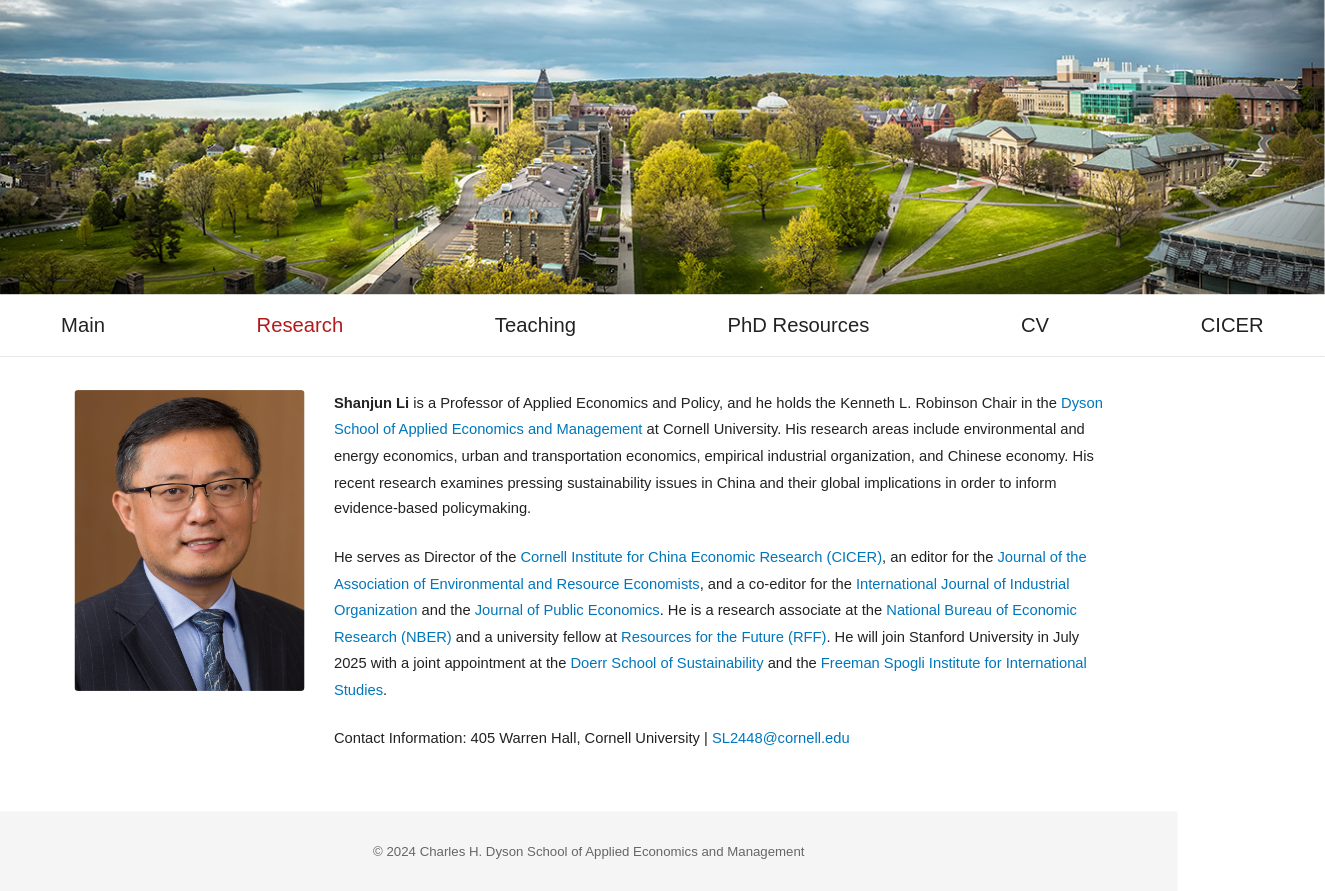
Repository: huang-heavenly-Emperor/k1_project
Page: research.html
An editor plug-in stored every save of this project. The page is shown before and after the next save, followed by the edit.
The browser window is 1280 px wide. The page is 1440 px wide, so the pictures cover 1440 px, including what lies to the right of the window. The pictures show the whole page, at 92% of full size.

Above is the page before, as saved 2024-11-17 07:15:54.

### research.html
<!DOCTYPE html>
<html lang="en">
<head>
    <meta charset="UTF-8">
    <meta name="viewport" content="width=device-width, initial-scale=1.0">
    <title>Research - Cornell University</title>
    <link rel="stylesheet" href="reset.css">
    <link rel="stylesheet" href="common.css">
    <link rel="stylesheet" href="research.css">
</head>
<body>
    <header class="site-header">
        <div class="banner">
            <img src="images/Cornell University Ithaca Campus.jpg" alt="Cornell University Campus Panorama" class="banner-img">
        </div>
        <nav class="main-nav">
            <div class="nav-container">
                <ul class="nav-list">
                    <li><a href="./index.html">Main</a></li>
                    <li><a href="./research.html" class="active">Research</a></li>
                    <li><a href="./teaching.html">Teaching</a></li>
                    <li><a href="#">PhD Resources</a></li>
                    <li><a href="https://raw.githubusercontent.com/huang-heavenly-Emperor/k1_project/refs/heads/main/CV_ShanjunLi_Fall2024.pdf" target="_blank">CV</a></li>
                    <li><a href="#">CICER</a></li>
                </ul>
            </div>
        </nav>
    </header>

    <main class="main-container">
        <article class="researcher-profile">
            <div class="profile-image">
                <img src="images/facpic_li.jpg" alt="Professor Profile Image">
            </div>
            <div class="profile-content">
                <section class="research-intro">
                    <p><strong>Shanjun Li</strong> is a Professor of Applied Economics and Policy, and he holds the Kenneth L. Robinson Chair in the <a href="#">Dyson School of Applied Economics and Management</a> at Cornell University. His research areas include environmental and energy economics, urban and transportation economics, empirical industrial organization, and Chinese economy. His recent research examines pressing sustainability issues in China and their global implications in order to inform evidence-based policymaking.</p>
                </section>

                <section class="current-positions">
                    <p>He serves as Director of the <a href="#">Cornell Institute for China Economic Research (CICER)</a>, an editor for the <a href="#">Journal of the Association of Environmental and Resource Economists</a>, and a co-editor for the <a href="#">International Journal of Industrial Organization</a> and the <a href="#">Journal of Public Economics</a>. He is a research associate at the <a href="#">National Bureau of Economic Research (NBER)</a> and a university fellow at <a href="#">Resources for the Future (RFF)</a>. He will join Stanford University in July 2025 with a joint appointment at the <a href="#">Doerr School of Sustainability</a> and the <a href="#">Freeman Spogli Institute for International Studies</a>.</p>
                </section>

                <section class="contact-info">
                    <p>Contact Information: 405 Warren Hall, Cornell University | <a href="mailto:SL2448@cornell.edu">SL2448@cornell.edu</a></p>
                </section>
            </div>
        </article>
    </main>

    <footer class="footer">
        <div class="footer-container">
            <p>© 2024 Charles H. Dyson School of Applied Economics and Management</p>
        </div>
    </footer>
    <script>
        function openCV() {
            window.open('./CV_ShanjunLi_Fall2024.pdf', '_blank');
            // 这里可以添加全屏阅读器的逻辑
        }
    </script>
</body>
</html>

### reset.css
*, *::before, *::after {
    margin: 0;
    padding: 0;
    box-sizing: border-box;
}

html, body {
    height: 100%;
    font-size: 16px;
    line-height: 1.5;
    -webkit-font-smoothing: antialiased;
    -moz-osx-font-smoothing: grayscale;
}

body {
    font-family: Arial, sans-serif;
    color: #333;
}

ul, ol {
    list-style: none;
}

a {
    text-decoration: none;
    color: inherit;
}

img {
    max-width: 100%;
    height: auto;
    display: block;
}

button, input, select, textarea {
    font: inherit;
    color: inherit;
}

h1, h2, h3, h4, h5, h6 {
    font-size: inherit;
    font-weight: inherit;
}

### common.css
.site-header {
  position: relative;
  width: 1440px;
  height: max-content;
  margin: 0 auto 20px;
  overflow: hidden;
}

.banner {
  height: 320px;
  overflow: hidden;
  position: relative;
}

.banner img {
  width: 100%;
  height: 100%;
  object-fit: cover;
}

nav {
  background-color: var(--background-color);
  border-bottom: 1px solid var(--border-color);
}

nav ul {
  display: flex;
  justify-content: space-around;
  align-items: center;
  gap: 2rem;
  padding: 1rem 0;
  list-style: none;
}

nav a {
  text-decoration: none;
  color: var(--text-color);
  font-weight: 500;
  font-size: 22px;
  padding: 0.5rem 0;
  transition: color 0.3s;
}

nav a:hover,
nav a.active {
  color: var(--primary-color);
}

@media (max-width: 768px) {
    .site-header {
        width: 100%;
    }

    nav ul {
        flex-direction: column;
        align-items: center;
    }

    nav a {
        font-size: 18px;
    }
}

### research.css
:root {
  --primary-color: #B31B1B;
  --text-color: #222;
  --link-color: #0076BB;
  --background-color: #fff;
  --border-color: #e5e5e5;
}

body {
  font-family: Arial, sans-serif;
  line-height: 1.6;
  color: var(--text-color);
  background-color: var(--background-color);
}

.main-container {
  max-width: 1150px;
  margin: 0 auto;
  padding: 01rem;

}


.researcher-profile {
  display: grid;
  grid-template-columns: 250px 1fr;
  gap: 2rem;

}

.profile-image img {
  width: 100%;
  border-radius: 4px;
}

.profile-content {
  display: flex;
  flex-direction: column;
  gap: 1.5rem;
}

.research-intro,
.current-positions,
.contact-info {
  line-height: 1.8;
}

a {
  color: var(--link-color);
  text-decoration: none;
  transition: color 0.3s;
}

a:hover {
  color: var(--primary-color);
}

.footer {
  background-color: #f5f5f5;
  padding: 2rem 0;
  margin-top: 3rem;
  text-align: center;
  font-size: 0.9rem;
  color: #666;
}

@media (max-width: 768px) {
  .researcher-profile {
    grid-template-columns: 1fr;
  }

  .profile-image {
    max-width: 100%;
    margin: 0 auto;
  }

  .nav-list {
    flex-direction: column;
    align-items: center;
  }

  nav a {
    font-size: 18px;
  }
}

@media (max-width: 480px) {
  .banner {
    height: 200px;
  }
}

After the next save:
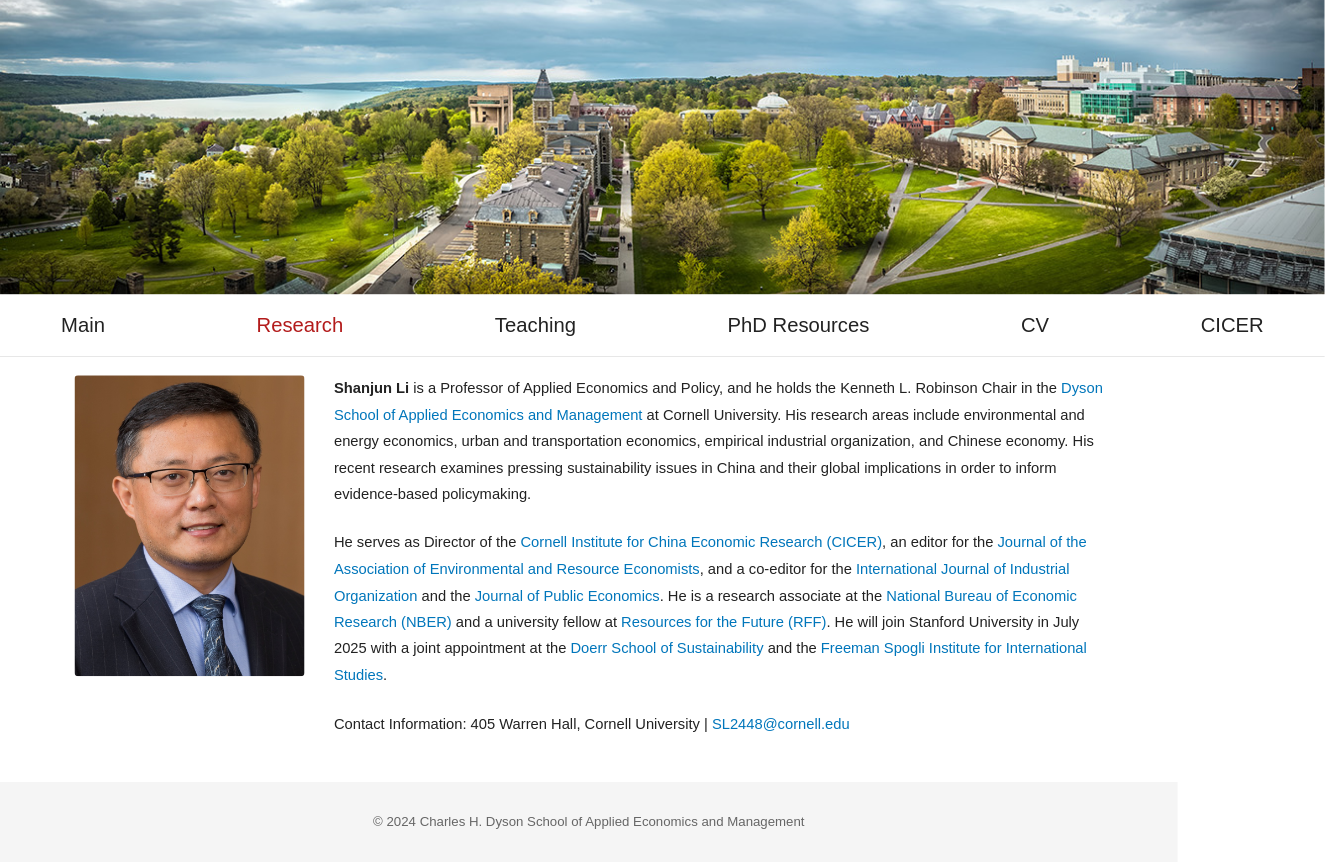
Saved 4 s later.
--- a/research.css
+++ b/research.css
@@ -16,7 +16,7 @@ body {
 .main-container {
   max-width: 1150px;
   margin: 0 auto;
-  padding: 01rem;
+  padding: 0 1rem;
 
 }
 
